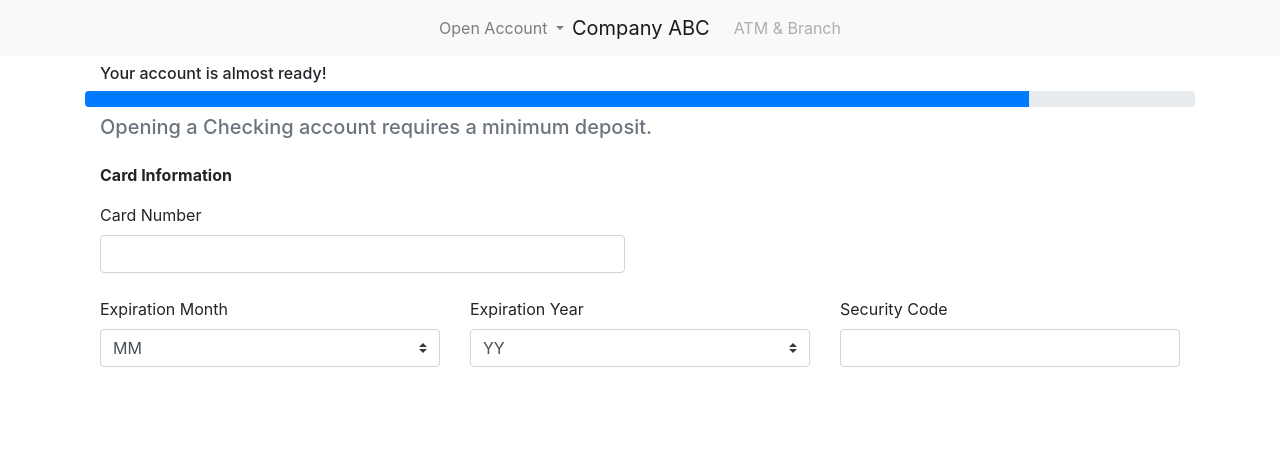
Repository: barriosan95/banking-opening-account-demo
Page: http://localhost/checking/application/customerInfo/finances/agreements/deposit
The author's editor kept a record of every edit. The page is drawn from the files as they stood at one moment, then again after the next edit.
The browser window is 1280 px wide. The pictures show the whole page.
Some web fonts or font styles are not loaded; a fallback is used. Some web libraries are served in a nearby version. The page is served by the project's Node server (index.js).

Above is the page before.

After the next edit:
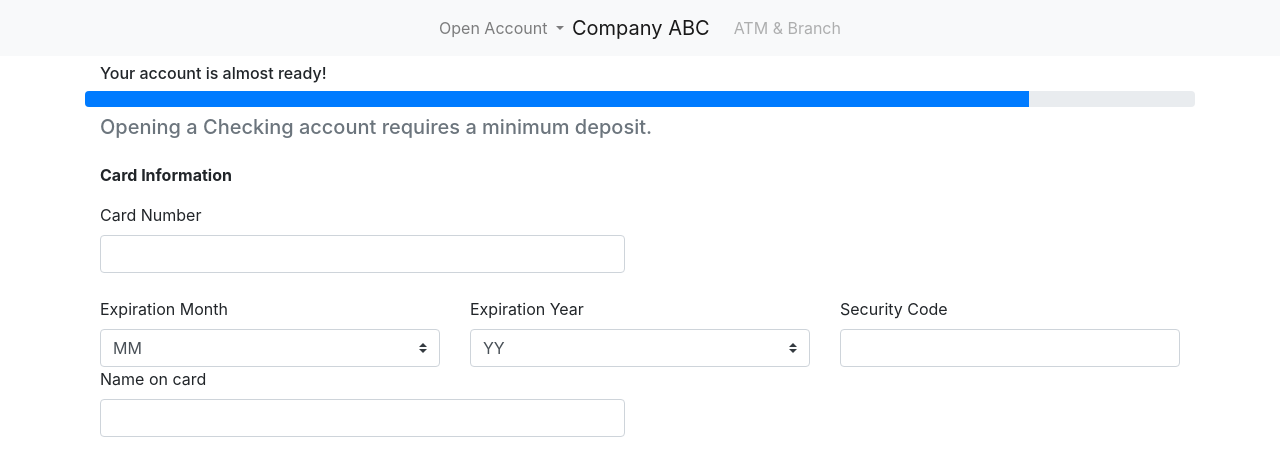
The edit:
--- a/views/deposit_app.ejs
+++ b/views/deposit_app.ejs
@@ -63,7 +63,8 @@
             </div>
             <div class ="row">
                 <div class ="col">
-
+                    <label> Name on card </label>
+                    <input type="text" class="form-control" placeholder="">
                 </div>
                 <div class ="col">
 
